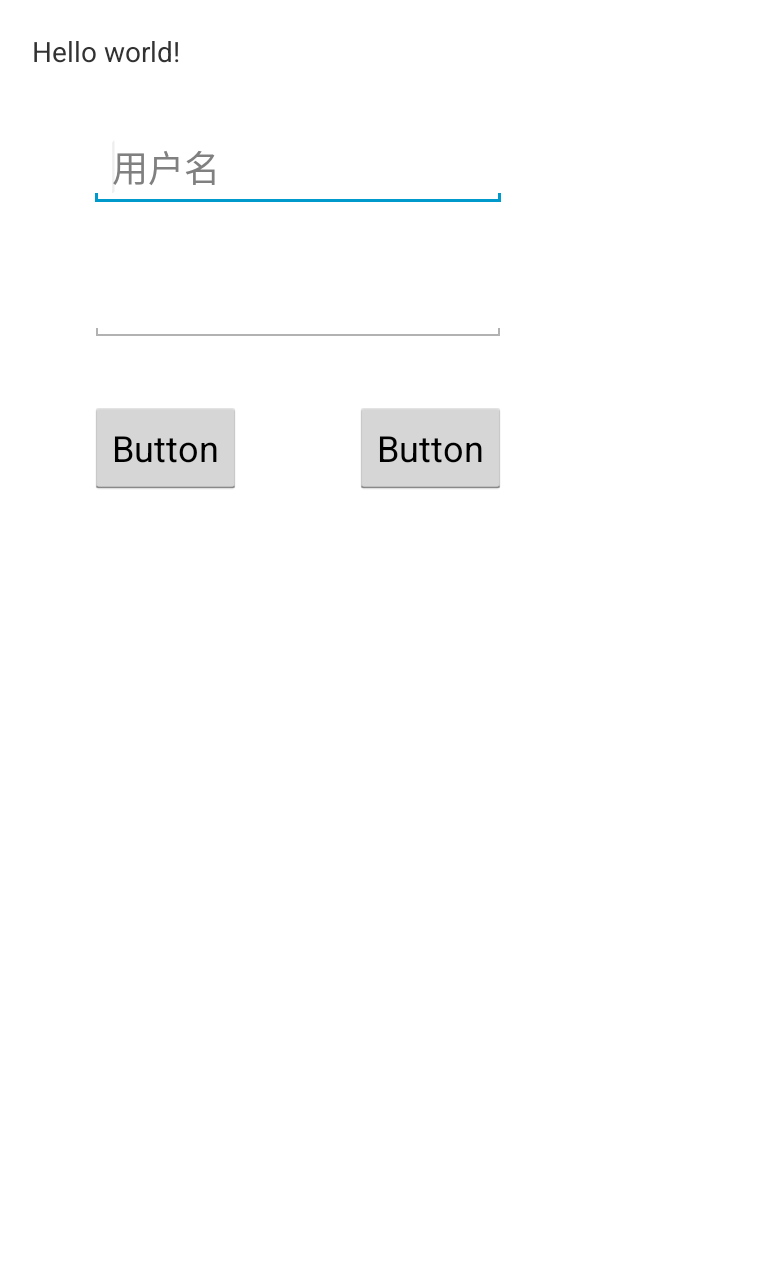
Repository: moetmd/learning-Android
Layout: KeyvalueDemo/res/layout/activity_main.xml
An editor plug-in stored every save of this project. The layout is shown before and after the next save, followed by the edit.
It is drawn on a 768 x 1280 px phone screen (xhdpi) without system bars, with theme AppTheme; the app's code is not run.

Above is the layout before, as saved 2014-11-18 06:44:19.

### KeyvalueDemo/res/layout/activity_main.xml
<RelativeLayout xmlns:android="http://schemas.android.com/apk/res/android"
    xmlns:tools="http://schemas.android.com/tools"
    android:layout_width="match_parent"
    android:layout_height="match_parent"
    android:paddingBottom="@dimen/activity_vertical_margin"
    android:paddingLeft="@dimen/activity_horizontal_margin"
    android:paddingRight="@dimen/activity_horizontal_margin"
    android:paddingTop="@dimen/activity_vertical_margin"
    tools:context="com.niit.keyvaluedemo.MainActivity$PlaceholderFragment" >

    <TextView
        android:id="@+id/show_info"
        android:layout_width="wrap_content"
        android:layout_height="wrap_content"
        android:text="@string/hello_world" />

    <EditText
        android:id="@+id/et_name"
        android:layout_width="wrap_content"
        android:layout_height="wrap_content"
        android:layout_alignLeft="@+id/show_info"
        android:layout_below="@+id/show_info"
        android:layout_marginLeft="28dp"
        android:layout_marginTop="28dp"
        android:ems="10"
        android:hint="用户名" >

        <requestFocus />
    </EditText>

    <EditText
        android:id="@+id/et_pwd"
        android:layout_width="wrap_content"
        android:layout_height="wrap_content"
        android:layout_alignLeft="@+id/et_name"
        android:layout_below="@+id/et_name"
        android:layout_marginTop="28dp"
        android:ems="10"
        android:inputType="textPassword" />

    <Button
        android:id="@+id/button1"
        android:layout_width="wrap_content"
        android:layout_height="wrap_content"
        android:layout_alignLeft="@+id/et_pwd"
        android:layout_below="@+id/et_pwd"
        android:layout_marginTop="28dp"
        android:text="Button" />

    <Button
        android:id="@+id/button2"
        android:layout_width="wrap_content"
        android:layout_height="wrap_content"
        android:layout_alignBaseline="@+id/button1"
        android:layout_alignBottom="@+id/button1"
        android:layout_alignRight="@+id/et_name"
        android:text="Button" />

</RelativeLayout>

### KeyvalueDemo/res/values/strings.xml
<?xml version="1.0" encoding="utf-8"?>
<resources>

    <string name="app_name">KeyvalueDemo</string>
    <string name="hello_world">Hello world!</string>
    <string name="action_settings">Settings</string>

</resources>

Loaded but not shown: KeyvalueDemo/res/values/styles.xml (common file); KeyvalueDemo/res/values-v11/styles.xml (common file); KeyvalueDemo/res/values-v14/styles.xml (common file); KeyvalueDemo/res/values/dimens.xml (common file); KeyvalueDemo/res/values-w820dp/dimens.xml (common file)

After the next save:
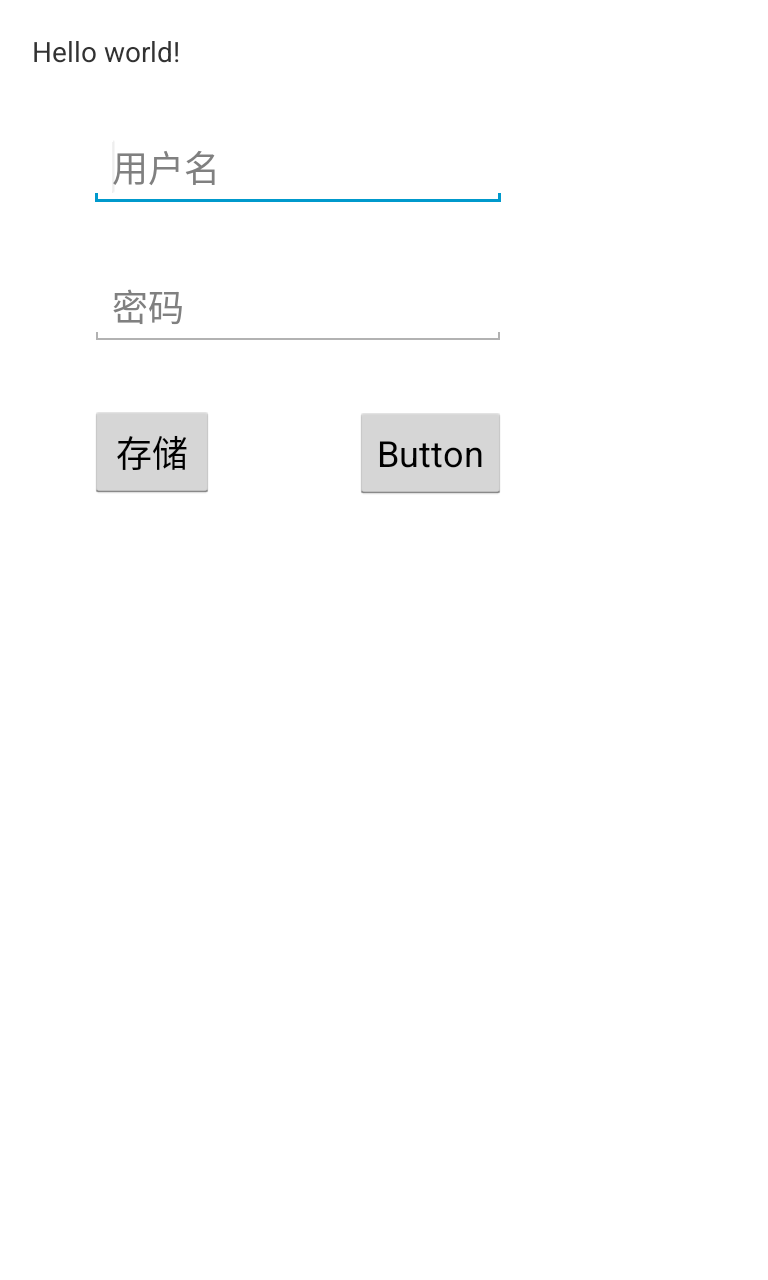
Saved 19 s later.
--- a/KeyvalueDemo/res/layout/activity_main.xml
+++ b/KeyvalueDemo/res/layout/activity_main.xml
@@ -36,6 +36,7 @@
         android:layout_below="@+id/et_name"
         android:layout_marginTop="28dp"
         android:ems="10"
+        android:hint="密码"
         android:inputType="textPassword" />
 
     <Button
@@ -45,7 +46,7 @@
         android:layout_alignLeft="@+id/et_pwd"
         android:layout_below="@+id/et_pwd"
         android:layout_marginTop="28dp"
-        android:text="Button" />
+        android:text="存储" />
 
     <Button
         android:id="@+id/button2"
